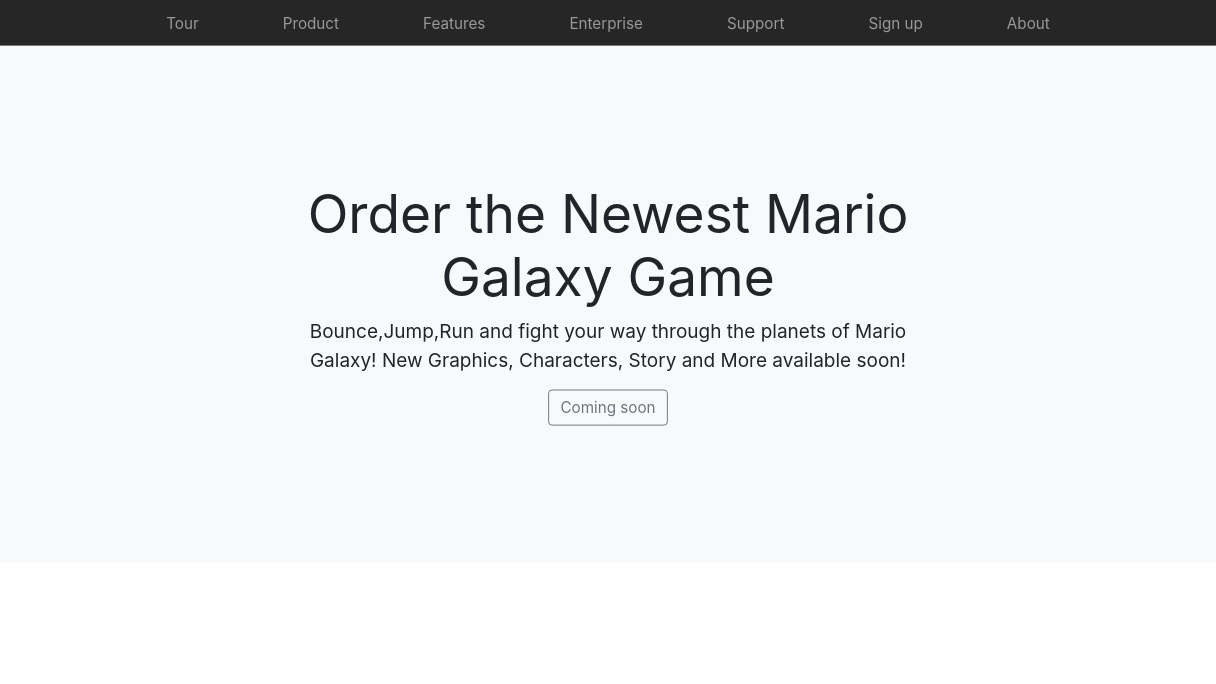
Repository: JeremyRim/JeremyRim-Website
Page: LearnCS8-Twilio/TwilioTemplate/index.html
The author's editor kept a record of every edit. The page is drawn from the files as they stood at one moment, then again after the next edit.
The browser window is 1280 px wide. The pictures show the whole page, at 95% of full size.

Above is the page before.

### LearnCS8-Twilio/TwilioTemplate/index.html
<!doctype html>
<html lang="en">
  <head>
    <!-- Required meta tags -->
    <meta charset="utf-8">
    <meta name="viewport" content="width=device-width, initial-scale=1, shrink-to-fit=no">
    <meta name="description" content="Hop from planet to planet on this journey through the stars!">
    <meta name="author" content="862164705">

    <!-- Bootstrap CSS -->
    <link rel="stylesheet" href="https://stackpath.bootstrapcdn.com/bootstrap/4.5.2/css/bootstrap.min.css" integrity="sha384-JcKb8q3iqJ61gNV9KGb8thSsNjpSL0n8PARn9HuZOnIxN0hoP+VmmDGMN5t9UJ0Z" crossorigin="anonymous">

    <!-- Title of your Website -->
    <title>Mario Galaxy</title>
    <link href="product.css" rel="stylesheet">
  </head>
  <body>
    <nav class="site-header sticky-top py-1">
    <!-- Top Menu Bar -->
    <div class="container d-flex flex-column flex-md-row justify-content-between">
        <a class="py-2 d-none d-md-inline-block" id="menu-item-1" href="https://google.com" target="_blank">Tour</a>
        <a class="py-2 d-none d-md-inline-block" id="menu-item-2" href="https://piazza.com" target="_blank">Product</a>
        <a class="py-2 d-none d-md-inline-block" id="menu-item-3" href="https://www.bing.com" target="_blank">Features</a>
        <a class="py-2 d-none d-md-inline-block" id="menu-item-4" href="https://www.nintendo.com" target="_blank">Enterprise</a>
        <a class="py-2 d-none d-md-inline-block" id="menu-item-5" href="https://www.target.com" target="_blank">Support</a>
        <a class="py-2 d-none d-md-inline-block" id="menu-item-6" href="https://www.apple.com" target="_blank">Sign up</a>
        <a class="py-2 d-none d-md-inline-block" id="menu-item-7" href="https://www.samsung.com/global/galaxy" target="_blank">About</a>
    </div>
</nav>
<!-- Main Header Section h1-->
<div class="position-relative overflow-hidden p-3 p-md-5 m-md-0 text-center bg-light">
    <div class="col-md-8 p-lg-5 mx-auto my-5">
        <h1 class="display-4 font-weight-normal">Order the Newest Mario Galaxy Game</h1>
        <p class="lead font-weight-normal">Bounce,Jump,Run and fight your way through the planets of Mario Galaxy! New Graphics, Characters, Story and More available soon!</p>
        <a class="btn btn-outline-secondary" href="https://youtu.be/IVH6Gl7W0hI">Coming soon</a>
    </div>
</div>
  </body>
</html>

### LearnCS8-Twilio/TwilioTemplate/product.css
.container {
  max-width: 960px;
}

/*
 * Custom translucent site header
 */

.site-header {
  background-color: rgba(0, 0, 0, .85);
  -webkit-backdrop-filter: saturate(180%) blur(20px);
  backdrop-filter: saturate(180%) blur(20px);
}
.site-header a {
  color: #999;
  transition: ease-in-out color .15s;
}
.site-header a:hover {
  color: #fff;
  text-decoration: none;
}

/*
 * Dummy devices (replace them with your own or something else entirely!)
 */

.product-device {
  position: absolute;
  right: 10%;
  bottom: -30%;
  width: 300px;
  height: 540px;
  background-color: #333;
  border-radius: 21px;
  -webkit-transform: rotate(30deg);
  transform: rotate(30deg);
}

.product-device::before {
  position: absolute;
  top: 10%;
  right: 10px;
  bottom: 10%;
  left: 10px;
  content: "";
  background-color: rgba(255, 255, 255, .1);
  border-radius: 5px;
}

.product-device-2 {
  top: -25%;
  right: auto;
  bottom: 0;
  left: 5%;
  background-color: #e5e5e5;
}


/*
 * Extra utilities
 */

.flex-equal > * {
  -ms-flex: 1;
  flex: 1;
}
@media (min-width: 768px) {
  .flex-md-equal > * {
    -ms-flex: 1;
    flex: 1;
  }
}

.overflow-hidden { overflow: hidden; }

After the next edit:
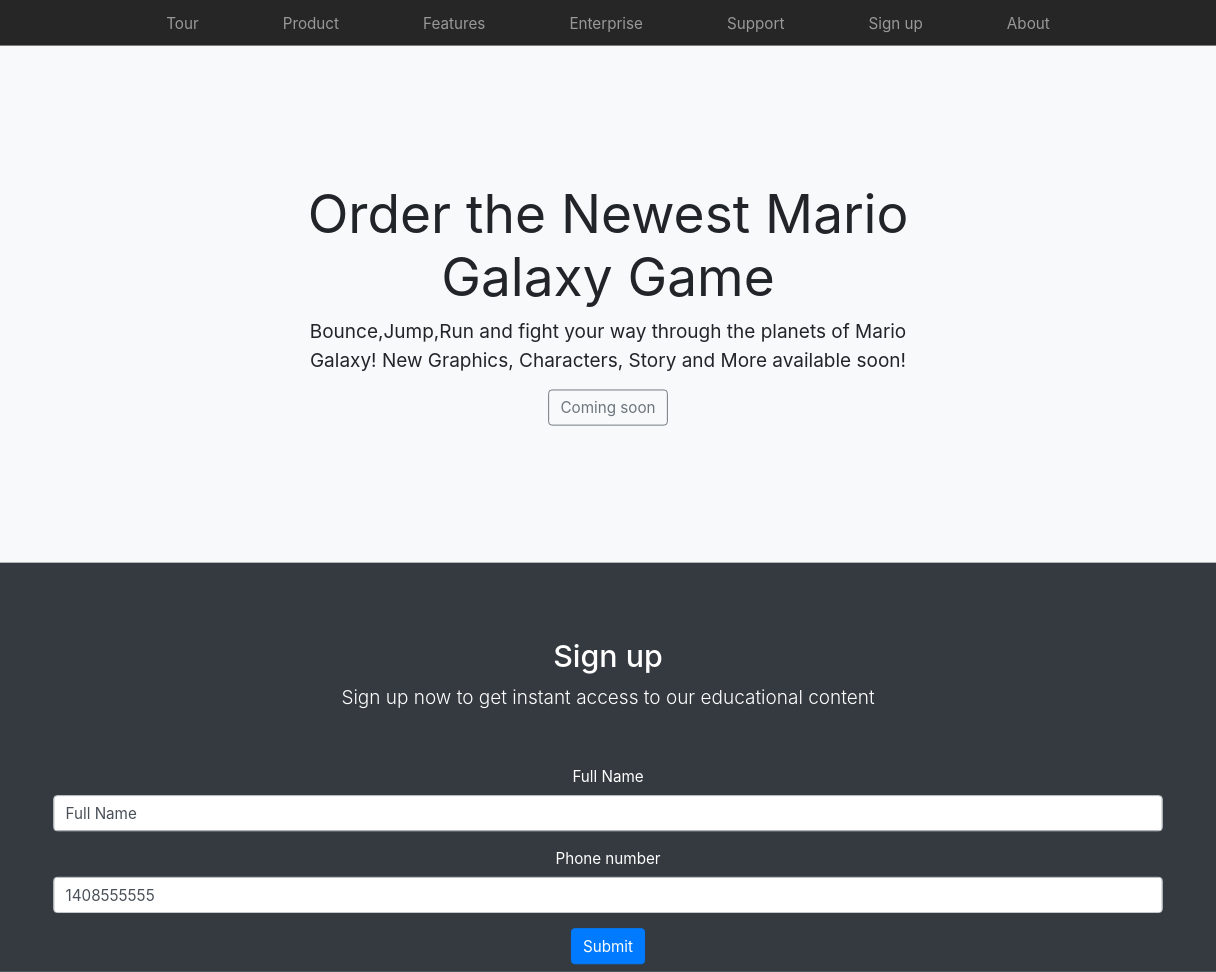
The edit:
--- a/LearnCS8-Twilio/TwilioTemplate/index.html
+++ b/LearnCS8-Twilio/TwilioTemplate/index.html
@@ -35,5 +35,44 @@
         <a class="btn btn-outline-secondary" href="https://youtu.be/IVH6Gl7W0hI">Coming soon</a>
     </div>
 </div>
+<!-- Left Tile -->
+<div class="d-md-flex flex-md-equal w-100">
+    <div class="bg-dark pt-3 px-3 pt-md-5 px-md-5 text-center text-white overflow-hidden">
+        <div class="my-3 py-3">
+            <h2 class="display-5">Sign up</h2>
+            <p class="lead">Sign up now to get instant access to our educational content</p>
+        </div>
+        <!-- Web form when submitted will send a text message -->
+        <form class="p-2" onsubmit="sendTextMessage(); return false;">
+            <!-- Full Name Form Field -->
+            <div class="form-group">
+                <label for="example-first-name">Full Name</label>
+                <input type="text" value="Full Name" class="form-control" id="example-first-name" aria-describedby="emailHelp">
+            </div>
+            <!-- Phone Number Form Field -->
+            <div class="form-group">
+                <label for="example-tel-input">Phone number</label>
+                <input type="tel" class="form-control" value="1408555555" id="example-tel-input">
+            </div>
+            <!-- JavaScript that handles onSubmit logic -->
+            <!-- Configure the XHR request below with your own credentials -->
+            <script>
+            function sendTextMessage() {
+                console.log("Hello world!");
+                var xhr = new XMLHttpRequest();
+                var accountSID = "AC53424836a45e273b461072b1f9691cf7";
+                var authToken = "889166c414ad4536a0cb51903e3b9978";
+                var base64encoded = accountSID + ":" + authToken;
+                var params = "To=" + document.getElementById('example-tel-input').value + "&From=" + "XXXXXXXXXX" + "&Body=" + "Hello " + document.getElementById('example-first-name').value + " nice job on sending your first SMS with APIs."
+                xhr.open("POST", "https://api.twilio.com/2010-04-01/Accounts/" + accountSID + "/Messages.json", true);
+                xhr.setRequestHeader('Content-Type', 'application/x-www-form-urlencoded');
+                xhr.setRequestHeader('Authorization', 'Basic ' + btoa(base64encoded));
+                xhr.send(params);
+            }
+            </script>
+            <!-- Submit button that will execute the sendTextMessage function -->
+            <button type="submit" class="btn btn-primary">Submit</button>
+        </form>
+    </div>
   </body>
 </html>
